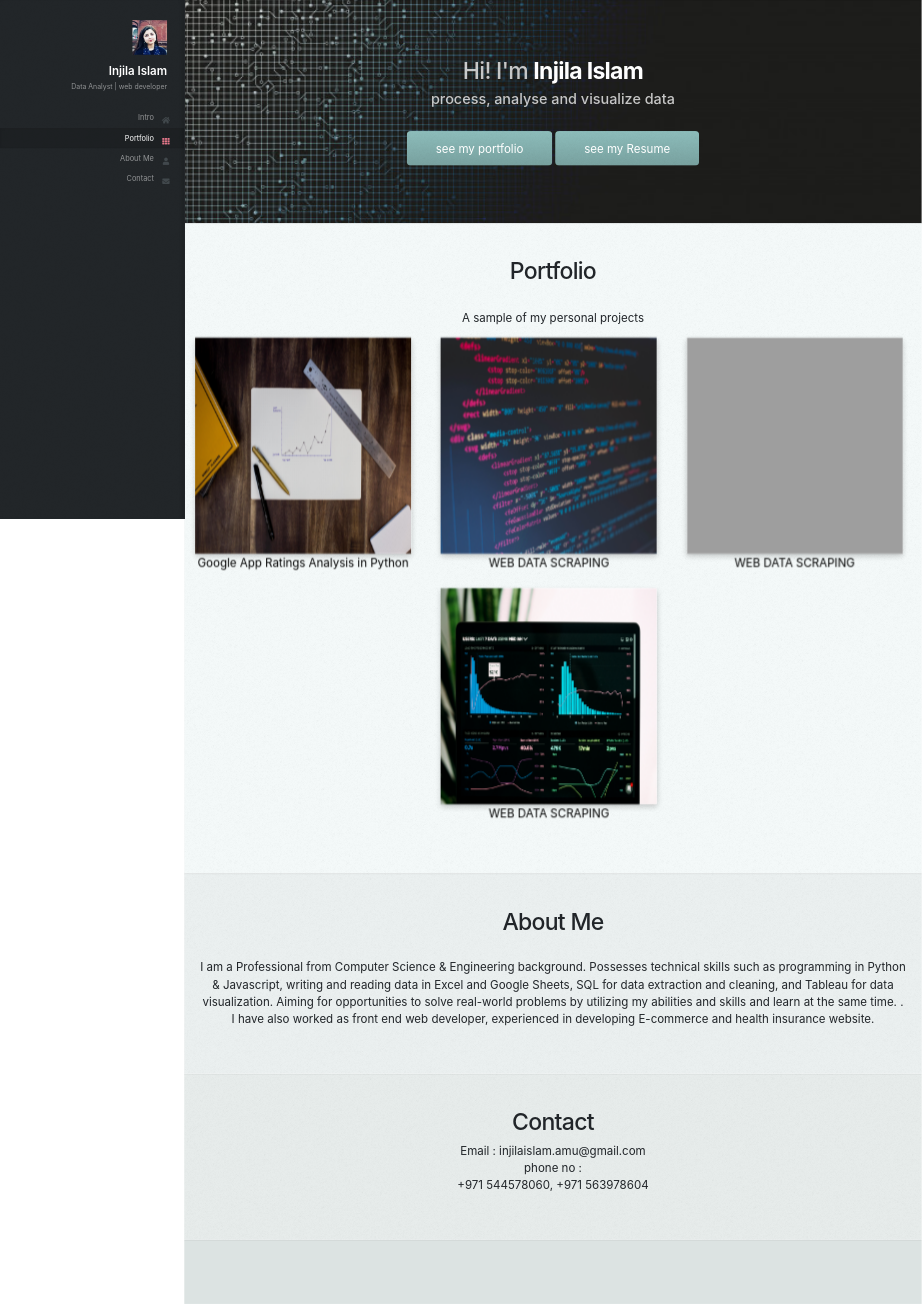
Repository: IslamInjila/new_portfolio
Page: index.html
These files come from the project's save history. The page is drawn as it stood at one moment and after the next save; the edit follows.
The browser window is 1280 px wide. The pictures show the whole page, at 72% of full size.
Pictures or frames that could not be fetched are drawn as grey boxes. Some web libraries are served in a nearby version.

Above is the page before, as saved 2021-06-01 11:49:42.
Console error: TypeError: Cannot read properties of undefined (reading 'fn')

After the next save:
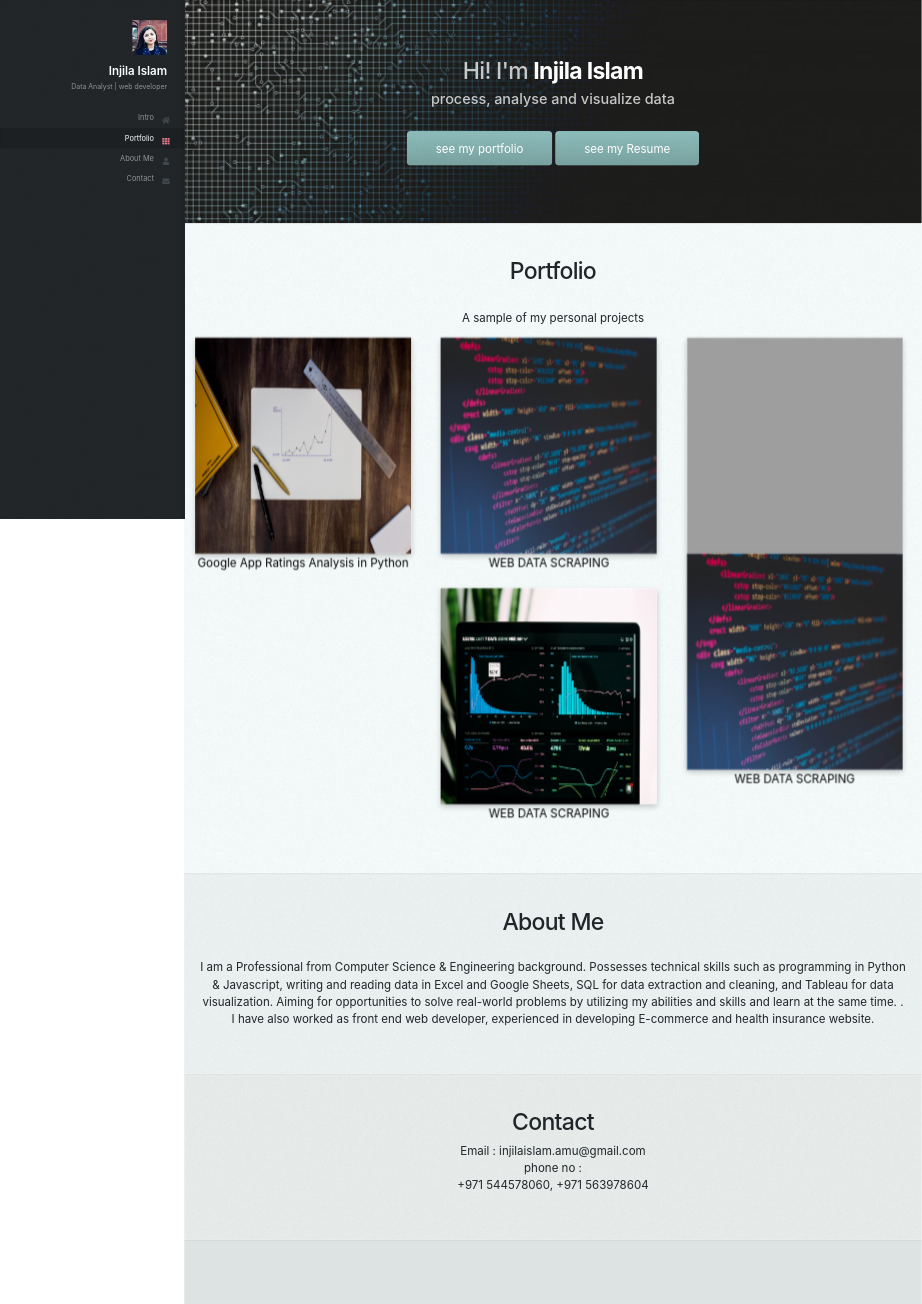
Saved 34 s later.
--- a/index.html
+++ b/index.html
@@ -216,6 +216,26 @@
 												/>
 										</header>
 									</article> -->
+									<div class="flip-card">
+										<div class="flip-card-inner">
+										  <div class="flip-card-front">
+
+											<img src="images/data1.jpg" alt="Avatar" style="width:300px;height:300px;">
+											<div class="text-block" style="font-size: medium;">
+												WEB DATA SCRAPING
+												</div>
+
+										   </div>
+										  <div class="flip-card-back">
+											  <br>
+											<p>WEB SCRAPING  IN PYTHON<p>
+											<p>In this project Google App's rating, reviews, price and installs have been analysed against their respective categories. Dataset has been cleaned and downloaded from Kaggle.</p>
+											<p><input type="button" class="nine" width="100" height="132" onclick='window.open("https://github.com/IslamInjila/GoogleAppRatingAnalysis");return false;'
+												target="_blank" value="view"
+												/></p>
+										  </div>
+										</div>
+									  </div>
 								</div>
 							</div>
 

After the save that followed:
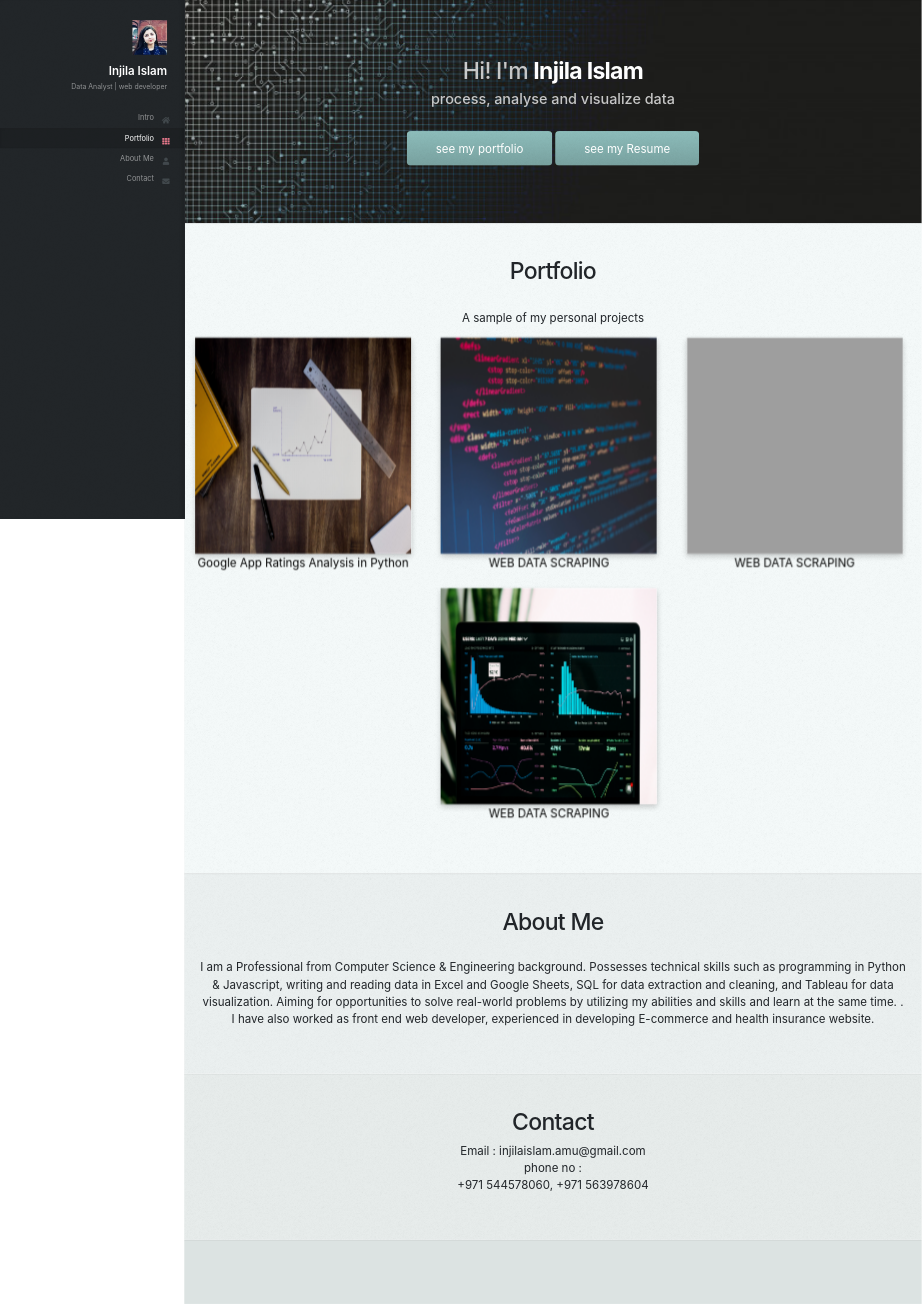
Saved 25 s later.
--- a/index.html
+++ b/index.html
@@ -216,26 +216,7 @@
 												/>
 										</header>
 									</article> -->
-									<div class="flip-card">
-										<div class="flip-card-inner">
-										  <div class="flip-card-front">
-
-											<img src="images/data1.jpg" alt="Avatar" style="width:300px;height:300px;">
-											<div class="text-block" style="font-size: medium;">
-												WEB DATA SCRAPING
-												</div>
-
-										   </div>
-										  <div class="flip-card-back">
-											  <br>
-											<p>WEB SCRAPING  IN PYTHON<p>
-											<p>In this project Google App's rating, reviews, price and installs have been analysed against their respective categories. Dataset has been cleaned and downloaded from Kaggle.</p>
-											<p><input type="button" class="nine" width="100" height="132" onclick='window.open("https://github.com/IslamInjila/GoogleAppRatingAnalysis");return false;'
-												target="_blank" value="view"
-												/></p>
-										  </div>
-										</div>
-									  </div>
+
 								</div>
 							</div>
 
